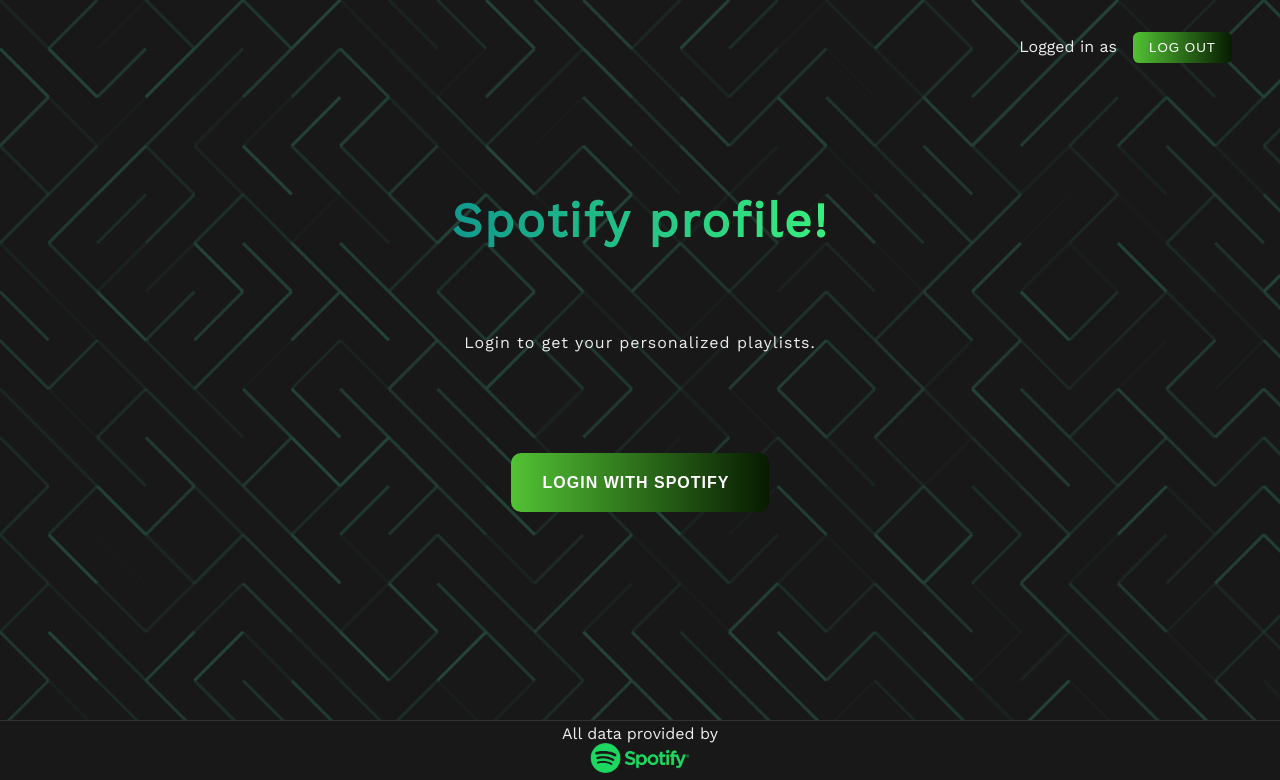
Repository: kirpister/Spotify-profile
Page: /
These files come from the project's save history. The page is drawn as it stood at one moment and after a run of saves; the edit follows.
The browser window is 1280 px wide. The pictures show the whole page.
The project was rebuilt for these pictures with package versions that can differ from the ones it lists, and the page was loaded fresh each time.

Above is the page before, as saved 2023-03-08 10:54:21.

After the next 2 saves:
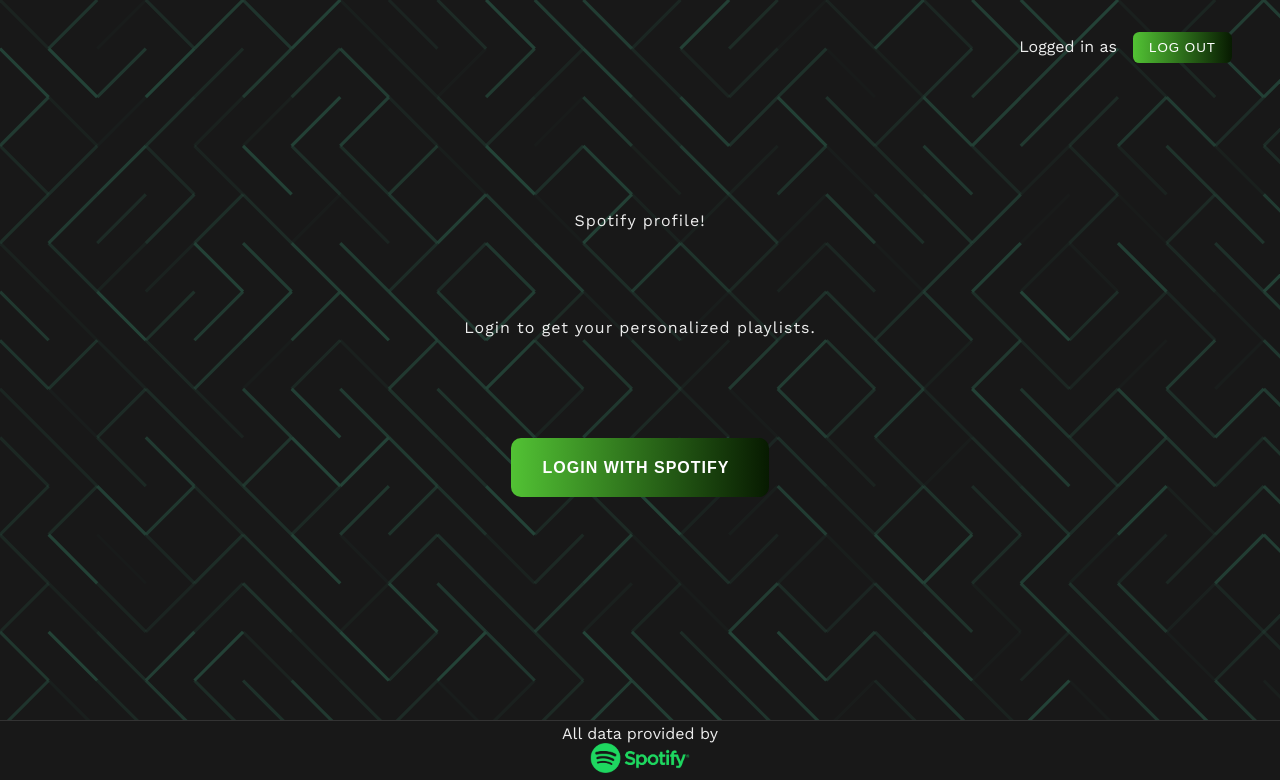
The 2 saves are shown as one change because 1 did not build or start.
The last was saved 2 min 10 s later.
--- a/src/Spotify.tsx
+++ b/src/Spotify.tsx
@@ -177,7 +177,7 @@
           // MAIN PAGE BEFORE AUTH
 
           <div className="intro">
-            <h2>Spotify profile!</h2>
+            <p className="header">Spotify profile!</p>
             <p className="intro-text">
               Login to get your personalized playlists.
             </p>
